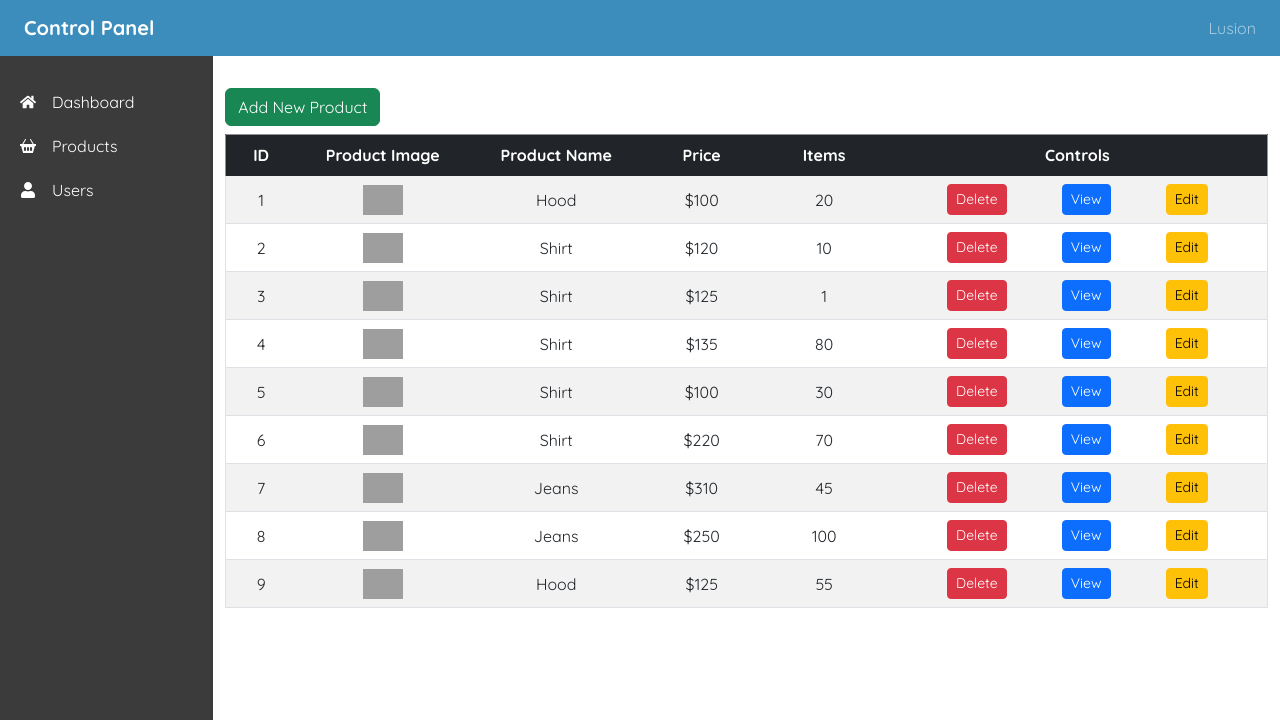
Repository: AWNY-ABOUGHALY/lusion-e-commerce-react
Page: /admin/products
An editor plug-in stored every save of this project. The page is shown before and after the next save, followed by the edit.
The browser window is 1280 px wide. The pictures show the whole page.
Pictures or frames that could not be fetched are drawn as grey boxes. The page's requests for data from a server got no answer. The project was rebuilt for these pictures with package versions that can differ from the ones it lists, and the page was loaded fresh each time. Some packages were replaced by stand-ins written for this rebuild. No one was signed in, and anything a server would have sent is missing. Requests to the local data server were answered from the project's data file. Also part of the build but not shown: src/Components/ClientSide/Homeslider.js, src/Components/ClientSide/Homecategory.js, src/Components/ClientSide/Shopnowbtn.js, src/Components/ClientSide/Homeshop.js, src/Components/ClientSide/Homerestfirst.js, src/Components/ClientSide/Homerestlast.js, src/Styles/Home.css, src/Components/ClientSide/ClientNavbar.js and 22 more.

Above is the page before, as saved 2023-02-28 15:11:15.

### public/index.html
<!DOCTYPE html>
<html lang="en">
  <head>
    <meta charset="utf-8" />
    <meta name="viewport" content="width=device-width, initial-scale=1" />
    <link rel="preconnect" href="https://fonts.googleapis.com">
    <link rel="preconnect" href="https://fonts.gstatic.com" crossorigin>
    <link href="https://fonts.googleapis.com/css2?family=Quicksand:wght@300;400;500;600;700&family=Work+Sans:wght@200;300;400;500;600;800&display=swap" rel="stylesheet">
    <title>Lusion</title>
  </head>
  <body>
    <div id="root"></div>
  </body>
</html>

### src/index.js
import React from 'react';
import ReactDOM from 'react-dom/client';
import { BrowserRouter } from 'react-router-dom'
import 'bootstrap/dist/css/bootstrap.min.css'
import App from './App';

const root = ReactDOM.createRoot(document.getElementById('root'));
root.render(
  <BrowserRouter>
    <App />
  </BrowserRouter>
);

### src/App.js
import React, { Fragment, useEffect, useState } from 'react'
import { Route, Routes } from 'react-router-dom';
import './Styles/App.css';
import Home from './Pages/Home';
import Shop from './Pages/Shop';
import Cart from './Pages/Cart';
import SignIn from './Pages/SignIn';
import SignUp from './Pages/SignUp';
import Admin from './Pages/Admin';
import Page404 from './Pages/Page404';
import AdminProducts from './Components/AdminSide/AdminProducts'
import AddNewProduct from './Components/AdminSide/AddNewProduct';
import ViewProduct from './Components/AdminSide/ViewProduct';
import EditProduct from './Components/AdminSide/EditProduct';
import AdminUsers from './Components/AdminSide/AdminUsers';
import AddNewUser from './Components/AdminSide/AddNewUser';
import ViewUser from './Components/AdminSide/ViewUser';
import Settings from './Pages/Settings';
import Profile from './Pages/Profile';
import Store from './Context/Store';
import axios from 'axios';

function App() {
  const [cart, setCart] = useState([]);
  const [activeUser, setActiveUser] =  useState({});
  const [base_URL, setBase_URL] = useState("https://my-json-server.typicode.com/AWNY-ABOUGHALY/json")

  useEffect(()=>{
    // For Refresh Status
    if(!activeUser.token && localStorage.token) {
      axios.get(`${base_URL}/users/`)
      .then(data=>{setActiveUser(...data.data.filter((userA)=>{
        return userA.username === localStorage.username
     }))})
    }
  },[])

  useEffect(()=>{
    activeUser.token &&
    axios({
      method: 'put',
      url: `${base_URL}/users/${activeUser.id}`,
      data: {...activeUser, cart}
    })
  },[cart])

  useEffect(()=>{
    activeUser.cart && setCart(activeUser.cart)
  },[activeUser])

  const userOnline = ({username, id}, token)=>{
    if(id){
      axios.get(`${base_URL}/users/${id}`)
      .then(data=>setActiveUser(data.data))
    } else {
      axios.get(`${base_URL}/users`)
      .then(data=>setActiveUser(
        ...data.data.filter((userA)=>{
          return userA.username === username
        })
      ))
    }
    localStorage.username = username
    localStorage.token = token
  }

  const logOutUser = ()=>{
    setActiveUser({})
    setCart([])
    localStorage.clear()
  }

  const updateActiveUser = (id)=>{
    axios.get(`${base_URL}/users/${id}`)
    .then(data=>setActiveUser(data.data))
  }

  let addtocart = (product)=>{
    let checker = cart.some(e=>{
      return e.id === product.id
    })
    if(checker){
      let [cartProduct] = cart.filter((e)=>{
        return e.id === product.id
      })
      if(cartProduct.items > 0) {
        cartProduct.count++;
        cartProduct.items--;
        setCart([...cart]);
      }
    } else {
      product.count = +1;
      product.items--;
      setCart([...cart, product])
    }
  }
  let plusbtn = (product)=>{
    product.items>0&&(<>{product.items--}{product.count++}</>)
    setCart([...cart])
  }
  let minusbtn = (product)=>{
    product.count > 1 &&(<>{product.items++}{product.count--}</>)
    setCart([...cart])
  }
  let trashbtn = (product)=>{
    let restcart = cart.filter(e=>{
      return e.id !== product.id
    })
    setCart(restcart)
  }
  let totalamount = cart.length > 0 ? cart.map(e=>e.price * e.count).reduce((i,c)=>i + c) : 0;
  return (
    <Fragment>
      <Store.Provider
        value={{cart, addtocart, plusbtn, minusbtn, trashbtn, totalamount, activeUser, userOnline, logOutUser, updateActiveUser, base_URL}}>
        <Routes>
          <Route path='/' element={<Home/>}/>
          <Route path='/shop' element={<Shop/>}/>
          <Route path='/cart' element={<Cart/>}/>
          <Route path='/signin' element={<SignIn/>}/>
          <Route path='/signup' element={<SignUp/>}/>
          <Route path='/settings' element={<Settings/>}/>
          <Route path='/profile' element={<Profile/>}/>
          <Route path='/admin' element={<Admin/>}/>
          <Route path='/admin/products' element={<AdminProducts/>}/>
          <Route path='/admin/products/add' element={<AddNewProduct/>}/>
          <Route path='/admin/products/view/:productId' element={<ViewProduct/>}/>
          <Route path='/admin/products/edit/:productId' element={<EditProduct/>}/>
          <Route path='/admin/users' element={<AdminUsers/>}/>
          <Route path='/admin/users/add' element={<AddNewUser/>}/>
          <Route path='/admin/users/view/:userId' element={<ViewUser/>}/>
          <Route path='*' element={<Page404/>}/>
        </Routes>
      </Store.Provider>
    </Fragment>
  );
}
export default App;

### src/Styles/App.css
/************** Global Style ******************/
body {
    font-family: 'Quicksand', sans-serif;
  }
.flex-center {
    display: flex;
    justify-content: center;
    align-items: center;
}
.flex-start {
    display: flex;
    justify-content: flex-start;
    align-items: center;
}
.flex-col-center {
    display: flex;
    flex-direction: column;
    justify-content: center;
    align-items: center;
}
:root {
    --second-bg: #f5f5f5;
}
.closeicon {
    font-size: 24px;
    padding: 7px 7px 0 0;
    color: #d1d1d1;
    transition: 0.8s;
}
.closeicon:hover {
    color: #696969;
    cursor: pointer;
    transition: 0.8s;
}
.g-dash {
    font-weight: bold;
    color: #198754;
}
/******* Form Style *******/
.inpts {
    padding: 2px 10px;
}
.inpts::placeholder {
    font-size: 0.9rem;
    color: rgba(0, 0, 0, 0.459);
}
.inpts:focus, .inptbtn:focus {
    box-shadow: none;
    border-color: #198754bd;
    transition: 0.5s;
}

### src/Components/AdminSide/AdminProducts.js
import React, {Fragment, useEffect, useState, useContext} from 'react'
import { Container, Table, Row, Col } from 'react-bootstrap';
import '../../Styles/Admin.css'
import { Button } from 'react-bootstrap';
import AdminNavbar from './AdminNavbar';
import AdminSidebar from './AdminSidebar';
import { Link } from 'react-router-dom';
import axios from 'axios';
import Swal from 'sweetalert2';
import Store from '../../Context/Store';

function AdminProducts() {
  const [products, setProducts] = useState([]);
  const {base_URL} = useContext(Store);

  const getProducts = ()=>{
    axios({
      method: 'get',
      url: 'http://localhost:9000/products'
    }).then(data=>
      setProducts(data.data))
  }
  useEffect(()=>{
    getProducts();
  },[])

  const deletebtn = (product)=>{
    Swal.fire({
      title: 'Are you sure?',
      text: "You won't be able to revert this!",
      icon: 'warning',
      showCancelButton: true,
      confirmButtonColor: '#d33',
      cancelButtonColor: '#198754',
      confirmButtonText: 'Yes, delete it!'
    }).then((result) => {
      if (result.isConfirmed) {
        axios({
          method: 'delete',
          url: `http://localhost:9000/products/${product.id}`
        }).then(getProducts())
        Swal.fire(
          'Deleted!',
          'Your file has been deleted.',
          'success'
        )
        getProducts();
      }
    })
  }
  return (
    <Fragment>
    <AdminNavbar/>
    <Row className='gx-0 adminWorkSpace text-center text-sm-start'>
      <Col sm={3} lg={2}><AdminSidebar/></Col>
      <Col sm={9} lg={10} className="py-4">
      <Container>
        <Button as={Link} to='/admin/products/add' variant='success' className='my-2'>Add New Product</Button>
        <Table striped hover responsive>
          <thead variant="dark" className='table-dark border border-dark border-opacity-50'>
            <tr>
              <th>ID</th>
              <th className='thwidth'>Product Image</th>
              <th className='thwidth'>Product Name</th>
              <th>Price</th>
              <th>Items</th>
              <th>Controls</th>
            </tr>
          </thead>
          <tbody className='border'>
            {products.map((product)=>(
              <tr className='producttr' key={product.id}>
                <td>{product.id}</td>
                <td className='productimage'><img src={product.image} alt={product.name}/></td>
                <td>{product.name}</td>
                <td>${product.price}</td>
                <td>{product.items}</td>
                <td>
                  <div className='flex-center justify-content-evenly'>
                    <Button variant='danger' size={'sm'} className='me-1'
                      onClick={()=>{deletebtn(product)}}>Delete
                    </Button>
                    <Button as={Link} to={`/admin/products/view/${product.id}`}
                      variant='primary' size={'sm'} className='me-1'>View
                    </Button>
                    <Button as={Link} to={`/admin/products/edit/${product.id}`}
                      variant='warning' size={'sm'}>Edit</Button>
                  </div>
                </td>
              </tr>
            ))}
          </tbody>
        </Table>
      </Container>
      </Col>
    </Row>
    </Fragment>
  )
}
export default AdminProducts;

### src/Context/Store.js
import { createContext } from "react";

const Store = createContext({
    cart: [],
    addtocart: ()=>{},
    plusbtn: ()=>{},
    minusbtn: ()=>{},
    trashbtn: ()=>{},
    totalamount: 0,
    activeUser: {},
    userOnline: ()=>{},
    logOutUser: ()=>{},
    updateActiveUser: ()=>{},
    base_URL: "",
})

export default Store;

### src/Styles/Admin.css
/********* Admin Navbar *********/
.adminNavbar {
    background-color: #3C8DBC;
}
/********* Admin Sidebar *********/

@media (min-width: 576px) {
    .adminSidebar {
        background-color: rgb(59, 59, 59);
        color: white;
        min-height: calc(100vh - 56px);
    }
    .adminSidebar .options {
        display: flex;
        justify-content: flex-start;
        align-items: center;
        padding: 10px 20px;
        cursor: pointer;
        text-decoration: none;
        color:white;
    }
}
@media (max-width: 575px) {
    .adminSidebar {
        display: flex;
        justify-content: center;
        align-items: center;
        background-color: rgb(59, 59, 59);
        color: white;
        height: 3rem;
    }
    .adminSidebar .options {
        display: flex;
        justify-content: center;
        align-items: center;
        padding: 10px 20px;
        cursor: pointer;
        text-decoration: none;
        color:white;
    }
}
@media (max-width: 400px) {
    .adminSidebar .options {
        padding: 10px 8px;
    }
    .adminSidebar .options span:first-child {
        font-size: 0.8rem;
    }
    .adminSidebar .options span:last-child {
        font-size: 1rem;
    }
}
@media (max-width: 330px) {
    .adminSidebar .options {
        padding: 10px 5px;
    }
    .adminSidebar .options span:first-child {
        font-size: 0rem;
    }
    .adminSidebar .options span:last-child {
        font-size: 0.9rem;
    }
}
.adminSidebar a {
    text-decoration: none!important;
}
.adminSidebar .options:hover {
    background-color: rgb(22, 22, 22);
}
.adminSidebar .optionslink {
    text-decoration: none;
    color:white;
}
/**** Admin Dashboard & (--Products & Users (AddNew & View)--) ****/
.adminWorkSpace {
    height: calc(100vh - 56px);
}
.producttr td, th {
    vertical-align:middle;
    text-align: center;
}
.productimage {
    padding: 2px 8px!important;
}
.productimage img {
    width: 40px;
}
.thwidth {
    max-width: 5rem;
}
.addinptspecial {
    padding: 2px 10px;
}
.addinptspecial::placeholder {
    font-size: 14px;
    color: rgba(0, 0, 0, 0.459);
}
.addinputs:focus {
    box-shadow: none;
    border-color: #198754bd;
    transition: 0.5s;
}
.addconfirm, .addfillfields {
    display: block;
    text-align: center;
}
.removeconfirm, .removefillfields {
    display: none;
}
.imgexample {
    font-size: 12px;
    opacity: 0.7;
}
.loading {
    width: 23px;
    height: 23px;
    margin: 0px 8px;
    border-radius: 50%;
    border: 2px solid #fff;
    border-color: #fff transparent #fff transparent;
    animation: loading 1s linear infinite;
  }
  @keyframes loading {
    0% {transform: rotate(0deg)}
    100% {transform: rotate(360deg)}
}
.awny {
    background-color: whitesmoke;
    font-weight: bold;
}
.userdetails {
    border: 2px dashed rgb(211, 211, 211);
    position: relative;
}
.userdetails::before {
    content: 'User Informations';
    position: absolute;
    top: -11px;
    left: 0;
    font-size: 13px;
    background-color: rgb(255, 255, 255);
    padding: 1px 5px;
}
.userrole {
    display: inline-block;
    font-size: 0.83rem;
    background-color: white;
    color: #DC3545;
    padding: 2px 7px;
    border-radius: 5px;
    font-weight: bold;
}
.makeAdmin {
    width: 7.5rem;
}

### src/Components/AdminSide/AdminNavbar.js
import React from 'react'
import { Navbar, Nav } from 'react-bootstrap'
import { Link } from 'react-router-dom';
import '../../Styles/Navbar.css'

function AdminNavbar() {
  return (
    <Navbar collapseOnSelect expand="lg" className='adminNavbar' variant="dark">
      <Nav className="me-auto ps-2 ps-sm-4">
        <Navbar.Brand as={Link} to='/admin' className='fw-bold'>Control Panel</Navbar.Brand>
      </Nav>
      <Navbar.Toggle aria-controls="responsive-navbar-nav" className='shadow-none me-2 me-sm-4'/>
      <Navbar.Collapse id="responsive-navbar-nav" className='me-4'>
        <Nav>
          <Link className='links' to="/">Lusion</Link>
        </Nav>
      </Navbar.Collapse>
    </Navbar>
  )
}
export default AdminNavbar;

### src/Components/AdminSide/AdminSidebar.js
import React from 'react'
import '../../Styles/Admin.css'
import { FaHome, FaUser } from "react-icons/fa";
import { BsBasket2Fill } from 'react-icons/bs';
import { Link } from 'react-router-dom';

function AdminSidebar() {
  return (
    <div className='adminSidebar py-4'>
      <Link to="/admin"><div className='options'>
        <span className='me-2 me-sm-3 flex-center'><FaHome/></span>
        <span>Dashboard</span>
      </div></Link>
      <Link to="/admin/products"><div className='options option2'>
        <span className='me-2 me-sm-3 flex-center'><BsBasket2Fill/></span>
        <span>Products</span>
      </div></Link>
      <Link to="/admin/users"><div className='options'>
        <span className='me-2 me-sm-3 flex-center'><FaUser/></span>
        <span className='flex-center'>Users</span>
      </div></Link>
    </div>
  )
}
export default AdminSidebar;

### src/Styles/Navbar.css
Nav .links {
    color: #ffffff8c;
    text-decoration: none;
    transition: 0.7s;
}
Nav .links:hover {
    color: #fff;
    transition: 0.7s;
}
.cartbtn {
    margin: 0 10px;
    width: 2rem;
    height: 2rem;
    padding: 0px;
    color: #ffffff8c;
    background-color: transparent;
    border-color: #ffffff8c;
}
.cartbtn:hover {
    color: #fff;
    border-color: #fff;
    background-color: transparent;
}
.cartbtn:active {
    background-color: #ffffff!important;
    border-color: #fff!important;
    color: #059e05b7!important;
}
.cartnav {
    position: relative;
}
.shopcart {
    position: absolute;
    color: white!important;
    display: flex;
    justify-content: center;
    align-items: center;
    width: 1.3rem;
    height: 1.3rem;
    font-size: 13px;
    border-radius: 50%;
    bottom: 15px;
    right: 1px;
    text-decoration: none;
    transition: 0.7s;
}
.navbar-collapse {
    flex-grow: 0!important;
}
/* .clearst {
    cursor: pointer;
} */
/****** Dropdown *********/
.dropname {
    padding-bottom: 0px!important;
}
.dropusername {
    padding-top: 0px!important;
    font-size: 13px;
}
.dropname:hover, .dropusername:hover {
    background-color: transparent!important;
}
.dropitems:hover {
    background-color: #212529;
    color: white;
}
.dropdown-menu[data-bs-popper] {
    left: -100%!important;
}

### db.json
{
  "products": [
    {
      "image": "https://i.ibb.co/C5716ry/shopC1.jpg",
      "name": "Hood",
      "price": 100,
      "items": 20,
      "id": 1
    },
    {
      "id": 2,
      "image": "https://i.ibb.co/MRs7CxD/shopC2.jpg",
      "name": "Shirt",
      "price": 120,
      "items": 10
    },
    {
      "image": "https://i.ibb.co/dQcFntw/shopC3.jpg",
      "name": "Shirt",
      "price": 125,
      "items": 1,
      "id": 3
    },
    {
      "image": "https://i.ibb.co/Nm5H3m7/shopC4.jpg",
      "name": "Shirt",
      "price": 135,
      "items": 80,
      "id": 4
    },
    {
      "id": 5,
      "image": "https://i.ibb.co/gjxG6pk/shopC5.jpg",
      "name": "Shirt",
      "price": 100,
      "items": 30
    },
    {
      "id": 6,
      "image": "https://i.ibb.co/0BXcB1k/shopC6.jpg",
      "name": "Shirt",
      "price": 220,
      "items": 70
    },
    {
      "image": "https://i.ibb.co/rQhxyKq/shopC7.jpg",
      "name": "Jeans",
      "price": "310",
      "items": 45,
      "id": 7
    },
    {
      "id": 8,
      "image": "https://i.ibb.co/1f3s1Kq/shopC8.jpg",
      "name": "Jeans",
      "price": 250,
      "items": 100
    },
    {
      "image": "https://i.ibb.co/wyVpQym/default-image.png",
      "name": "Hood",
      "price": "125",
      "items": 55,
      "id": 9
    }
  ],
  "users": [
    {
      "id": 1,
      "image": "https://cdn.shopify.com/s/files/1/0084/1724/7279/products/image_15_779b34a9-ec2c-49dc-8865-756d33e686bf.png?v=1623178157",
      "name": "Awny Aboughaly",
      "age": "33",
      "gender": "Male",
      "genderstatus": "Changeable",
      "email": "awnyaboughaly@yahoo.com",
      "username": "awnyghali",
      "password": "12345",
      "token": 775371751886541,
      "role": "Admin",
      "cart": [
        {
          "image": "https://i.ibb.co/dQcFntw/shopC3.jpg",
          "name": "Shirt",
          "price": 125,
          "items": 0,
          "id": 3,
          "count": 1
        },
        {
          "id": 2,
          "image": "https://i.ibb.co/MRs7CxD/shopC2.jpg",
          "name": "Shirt",
          "price": 120,
          "items": 9,
          "count": 1
        },
        {
          "image": "https://i.ibb.co/C5716ry/shopC1.jpg",
          "name": "Hood",
          "price": 100,
          "items": 19,
          "id": 1,
          "count": 1
        },
        {
          "id": 5,
          "image": "https://i.ibb.co/gjxG6pk/shopC5.jpg",
          "name": "Shirt",
          "price": 100,
          "items": 29,
          "count": 1
        }
      ]
    },
    {
      "id": 2,
      "image": "https://encrypted-tbn0.gstatic.com/images?q=tbn:ANd9GcSpnJbB5mUPbKmYK-OHN9g0g09ISVDMq3gM8A&usqp=CAU",
      "name": "Hoda Ramzy",
      "age": 28,
      "gender": "Female",
      "genderstatus": "Changed",
      "email": "hodaramzy11@yahoo.com",
      "username": "Hoda",
      "password": "55555",
      "token": 451426350287397,
      "role": "Member",
      "cart": [
        {
          "id": 6,
          "image": "https://i.ibb.co/0BXcB1k/shopC6.jpg",
          "name": "Shirt",
          "price": 220,
          "items": 65,
          "count": 5
        },
        {
          "id": 5,
          "image": "https://i.ibb.co/gjxG6pk/shopC5.jpg",
          "name": "Shirt",
          "price": 100,
          "items": 29,
          "count": 1
        }
      ]
    },
    {
      "image": "https://i.ibb.co/G06DZfR/default-user-image.png",
      "name": "Ali Hassan",
      "age": "25",
      "gender": "Male",
      "genderstatus": "Changeable",
      "email": "alihassan2000@gmail.com",
      "username": "Ali",
      "password": "123456",
      "token": 0,
      "role": "Member",
      "id": 3,
      "cart": []
    },
    {
      "image": "https://i.ibb.co/G06DZfR/default-user-image.png",
      "name": "ahmed",
      "age": "40",
      "gender": "Male",
      "genderstatus": "Changeable",
      "email": "ahmed888@gmail.com",
      "username": "ahmed",
      "password": "333",
      "token": 0,
      "role": "Member",
      "id": 4,
      "cart": []
    },
    {
      "image": "https://i.ibb.co/G06DZfR/default-user-image.png",
      "name": "Asmaa hadi",
      "age": "27",
      "gender": "Female",
      "genderstatus": "Changeable",
      "email": "asmaa_hadi999@gmail.com",
      "username": "Asmaa",
      "password": "123456",
      "token": 171022406582483,
      "role": "Member",
      "id": 5,
      "cart": [
        {
          "id": 8,
          "image": "https://i.ibb.co/1f3s1Kq/shopC8.jpg",
          "name": "Jeans",
          "price": 250,
          "items": 95,
          "count": 5
        },
        {
          "id": 7,
          "image": "https://i.ibb.co/rQhxyKq/shopC7.jpg",
          "name": "Jeans",
          "price": 300,
          "items": 39,
          "count": 6
        }
      ]
    }
  ]
}

After the next save:
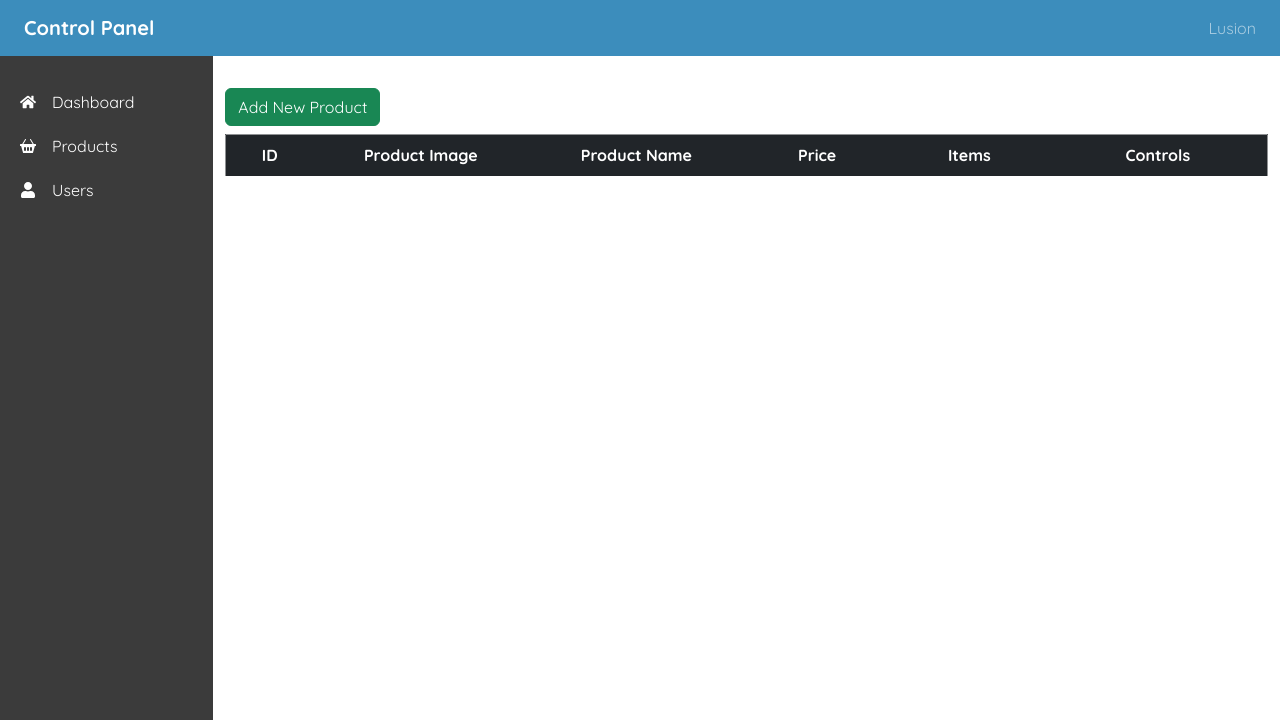
Saved 42 s later.
--- a/src/Components/AdminSide/AdminProducts.js
+++ b/src/Components/AdminSide/AdminProducts.js
@@ -16,7 +16,7 @@ function AdminProducts() {
   const getProducts = ()=>{
     axios({
       method: 'get',
-      url: 'http://localhost:9000/products'
+      url: `${base_URL}/products`
     }).then(data=>
       setProducts(data.data))
   }
@@ -37,7 +37,7 @@ function AdminProducts() {
       if (result.isConfirmed) {
         axios({
           method: 'delete',
-          url: `http://localhost:9000/products/${product.id}`
+          url: `${base_URL}/products/${product.id}`
         }).then(getProducts())
         Swal.fire(
           'Deleted!',
